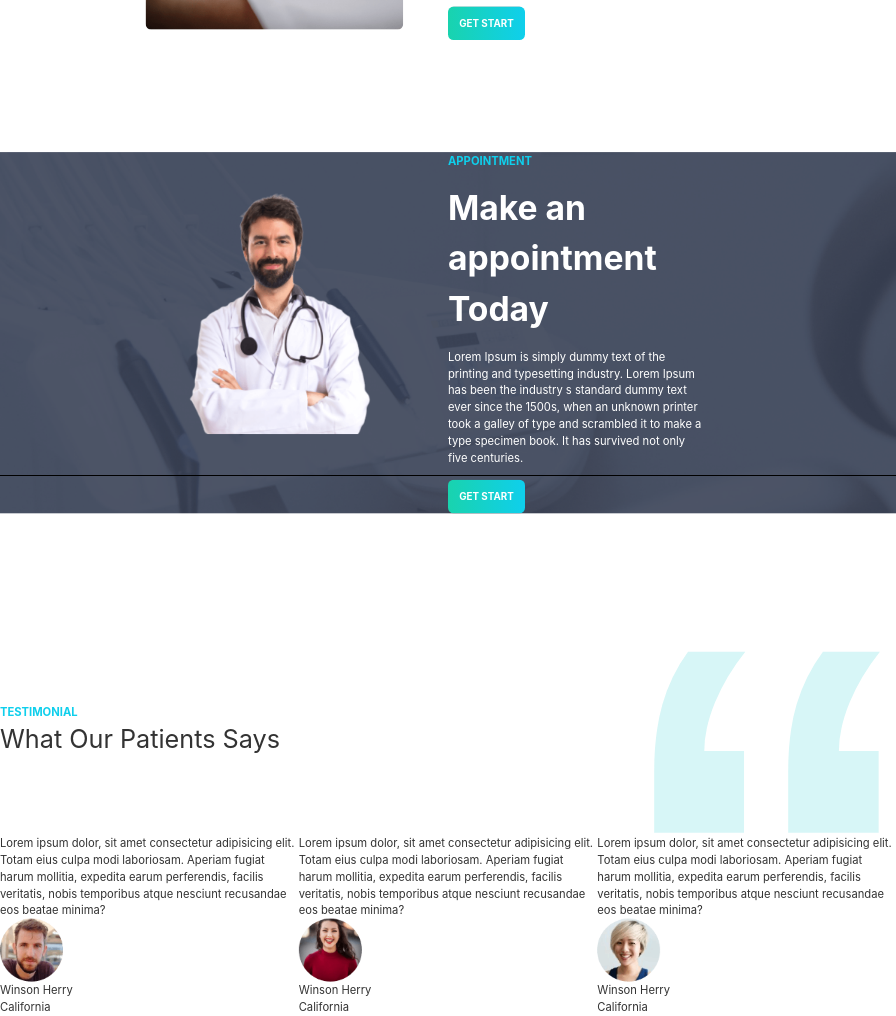
Repository: shikubro90/doctorsportal
Page: /
These files come from the project's save history. The page is drawn as it stood at one moment and after the next save; the edit follows.
The browser window is 1280 px wide. The pictures show the part of the page from y = 2225 to 4145 px (the page is 3676 px tall before and 4145 px after), at 70% of full size.
The project was rebuilt for these pictures with package versions that can differ from the ones it lists, and the page was loaded fresh each time. Also part of the build but not shown: src/App.css, src/Pages/About/About.jsx.

Above is the page before, as saved 2022-10-02 09:24:06.

### src/App.js
import { Route, Routes } from 'react-router-dom';
import './App.css';
import About from './Pages/About/About';
import Home from './Pages/Home/Home';
import Navbar from './Shared/Navbar';

function App() {
  return (
    <div className="App">
      <Navbar/>
      <Routes>
        <Route path='/' element={<Home/>}/>
        <Route path='/home' element={<Home/>}/>
        <Route path='/about' element={<About/>}/>
      </Routes>
    </div>
  );
}

export default App;

### src/Pages/Home/Home.jsx
import React from 'react'
import AppointmentSection from './AppointmentSection'
import Banner from './Banner'
import BasicInfo from './BasicInfo'
import ServiceSection from './ServiceSection'
import TestimonialSection from './TestimonialSection'

const Home = () => {
  return (
    <div>
      <Banner />
      <BasicInfo/>
      <ServiceSection/>
      <AppointmentSection/>
      <TestimonialSection/>
    </div>
  )
}

export default Home

### src/Shared/Navbar.jsx
import React from 'react'
import { Link } from 'react-router-dom'

const Navbar = () => {
  return (
    <div className="px-20">
      <div className="navbar bg-base-100">
        <div className="navbar-start">
          <div className="dropdown">
            <label tabIndex={0} className="btn btn-ghost lg:hidden">
              <svg
                xmlns="http://www.w3.org/2000/svg"
                className="h-5 w-5"
                fill="none"
                viewBox="0 0 24 24"
                stroke="currentColor"
              >
                <path
                  strokeLinecap="round"
                  strokeLinejoin="round"
                  strokeWidth="2"
                  d="M4 6h16M4 12h8m-8 6h16"
                />
              </svg>
            </label>
            <ul
              tabIndex={0}
              className="menu menu-compact dropdown-content mt-3 p-2 shadow bg-base-100 rounded-box w-52"
            >
              <li>
                <Link to="/home">Home</Link>
              </li>
              <li>
                <Link to="/about">About</Link>
              </li>
              <li>
                <Link to="/appointment">Appointment</Link>
              </li>
              <li>
                <Link to="/review">Reviews</Link>
              </li>
              <li>
                <Link to="/contact">Contact Us</Link>
              </li>
              <li>
                <Link to="/contact">Login</Link>
              </li>
            </ul>
          </div>
          <Link to="/" className='btn btn-ghost normal-case text-xl'>Doctors Portal</Link>
        </div>

        <div className="navbar-center hidden lg:flex">

          <ul className="menu menu-horizontal p-0 pl-20">
            <li>
              <Link to="/home">Home</Link>
            </li>
            <li>
              <Link to="/about">About</Link>
            </li>
            <li>
              <Link to="/appointment">Appointment</Link>
            </li>
            <li>
              <Link to="/review">Reviews</Link>
            </li>
            <li>
              <Link to="/contact">Contact Us</Link>
            </li>
            <li>
              <Link to="/contact">Login</Link>
            </li>
          </ul>

        </div>

      </div>

    </div>
  )
}

export default Navbar

### src/Pages/Home/AppointmentSection.jsx
import React from 'react'
import AppointmentCard from './AppointmentCard'

import { appointment } from '../../assets/resourse/Resourse.js'

const AppointmentSection = () => {
  return (
    <div>
      {appointment.map(
        ({ id, image, title, desc, style, button_text, shortTitle }) => {
          return (
            <AppointmentCard
              key={id}
              image={image}
              title={title}
              desc={desc}
              style={style}
              button_text={button_text}
              shortTitle={shortTitle}
            />
          )
        },
      )}
    </div>
  )
}

export default AppointmentSection

### src/Pages/Home/Banner.jsx
import React from 'react'
import heroImage from '../../assets/images/chair.png'
import ButtonPrimary from '../../Shared/ButtonPrimary'
import bg from '../../assets/images/bg.png'

function Banner() {
  return (
    <div>
      <div
        className="hero min-h-screen"
        style={{ background: `url(${bg})`, backgroundSize: 'cover' }}
      >
        <div className="hero-content flex flex-col lg:flex-row-reverse">
          <img
            src={heroImage}
            className="max-w-lg rounded-lg shadow-2xl"
            alt="bannerImage"
          />
          <div className="px-6">
            <h1 className="text-5xl font-bold uppercase">
              Your New Smile Starts Here
            </h1>
            <p className="py-6 ">
              Provident cupiditate voluptatem et in. Quaerat fugiat ut assumenda
              excepturi exercitationem quasi. In deleniti eaque aut repudiandae
              et a id nisi.
            </p>
            <ButtonPrimary>{'Get Started'}</ButtonPrimary>
          </div>
        </div>
      </div>
    </div>
  )
}

export default Banner

### src/Pages/Home/BasicInfo.jsx
import MiniCard from './MiniCard'
import { miniCard } from '../../assets/resourse/Resourse.js'

const BasicInfo = () => {
  return (
    <div className="flex items-center justify-center gap-5 px-5">
      {miniCard.map(({ id, icon, title, style, disc }) => {
        return (
          <MiniCard
            key={id}
            icon={icon}
            title={title}
            style={style}
            disc={disc}
          />
        )
      })}
    </div>
  )
}

export default BasicInfo

### src/Pages/Home/ServiceSection.jsx
import MiniServiceCard from './MiniServiceCard'
import { serviceMiniCard } from '../../assets/resourse/Resourse'

const ServiceSection = () => {
  return (
    <div className="serviceWrapp pt-40">
      <div className="flex items-center justify-center flex-col">
        <p className="text-primary font-bold uppercase">Our Service</p>
        <h2 className="text-3xl my-5">Service We Provide</h2>
      </div>
      <div className="flex items-center justify-center px-5 gap-5">
        {serviceMiniCard.map(({ id, icon, title, disc, style }) => {
          return (
            <MiniServiceCard
              key={id}
              icon={icon}
              title={title}
              disc={disc}
              style={style}
            />
          )
        })}
      </div>
    </div>
  )
}

export default ServiceSection

### src/Pages/Home/TestimonialSection.jsx
import React from 'react'
import TestimonialCard from './TestimonialCard'
import quote from '../../assets/icons/quote.svg'
import { testimonial } from '../../assets/resourse/Resourse.js'

const TestimonialSection = () => {
  return (
    <div className="testimonial w-">
      <div className="testimonialWrap">
        <div className="content">
          <div className="header flex items-center justify-between">
            <div className="header_left">
              <div className="shortTitle uppercase text-primary font-bold">
                Testimonial
              </div>
              <div className="text-[36px]">What Our Patients Says</div>
            </div>
            <div className="header_right">
              <img src={quote} alt="quote" />
            </div>
          </div>
          <div className="body flex">
            {testimonial.map(({ id, title, image, name, country, desc }) => {
              return (
                <TestimonialCard
                  key={id}
                  title={title}
                  image={image}
                  name={name}
                  country={country}
                  desc={desc}
                />
              )
            })}
          </div>
        </div>
      </div>
    </div>
  )
}

export default TestimonialSection

### src/Pages/Home/AppointmentCard.jsx
import ButtonPrimary from '../../Shared/ButtonPrimary'


const AppointmentCard = (props) => {

  const { image, title, desc, style, button_text, shortTitle } = props

  return (
    <section className={`my-[160px]`} style={{background: `url(${style})`}}>
      <div className={`wrapper flex items-center px-52 ${style}`}>
        <div className="image flex-1">
          <img className={`rounded-lg ${style && "mt-[-60px]"}`} src={image} alt="bannerImage" />
        </div>
        <div className="details flex-1 flex justify-center flex-col px-16 gap-5">
          <div className="shortTitle uppercase text-primary font-bold">{shortTitle}</div>
          <div className={`title font-bold text-[48px] ${style && "text-white"}`}>{title}</div>
          <div className={`desc ${style && "text-white"}`}>{desc}</div>
          <ButtonPrimary>{button_text}</ButtonPrimary>
        </div>
      </div>
    </section>
  )
}

export default AppointmentCard

### src/assets/resourse/Resourse.js
import clock from '../icons/clock.svg'
import marker from '../icons/marker.svg'
import phone from '../icons/phone.svg'

import cavity from '../images/cavity.png'
import fluorid from '../images/fluoride.png'
import whitening from '../images/whitening.png'

import doctor from '../images/doctor-small.png'
import treatment from '../images/treatment.png'

import bgImage from '../images/appointment.png'


import people1 from '../images/people1.png'
import people2 from '../images/people2.png'
import people3 from '../images/people3.png'

export const miniCard = [
  {
    id: 0,
    icon: clock,
    title: 'Opening Hours',
    disc: 'Lorem Ipsum is simply dummy text of the pri',
    style: 'bg-gradient-to-r from-secondary to-primary text-white',
  },

  {
    id: 1,
    icon: marker,
    title: 'Visit our location',
    disc: 'Lorem Ipsum is simply dummy text of the pri',
    style: 'bg-[#3A4256] text-white',
  },

  {
    id: 2,
    icon: phone,
    title: 'Contact us now',
    disc: 'Lorem Ipsum is simply dummy text of the pri',
    style: 'bg-gradient-to-r from-secondary to-primary text-white',
  },
]

export const serviceMiniCard = [
  {
    id: 0,
    icon: cavity,
    title: 'Fluoride Treatment',
    disc:
      'Lorem Ipsum is simply dummy printing and typesetting indust Ipsum has been the',
    style: '',
  },
  {
    id: 1,
    icon: fluorid,
    title: 'Cavity Filling',
    disc:
      'Lorem Ipsum is simply dummy printing and typesetting indust Ipsum has been the',
    style: '',
  },
  {
    id: 2,
    icon: whitening,
    title: 'Teeth Whitening',
    disc:
      'Lorem Ipsum is simply dummy printing and typesetting indust Ipsum has been the',
    style: '',
  },
]

export const appointment = [
  {
    id: 0,
    image: treatment,
    title: 'Exceptional Dental Care, on Your Terms',
    desc:
      'Lorem Ipsum is simply dummy text of the printing and typesetting industry. Lorem Ipsum has been the industry s standard dummy text ever since the 1500s, when an unknown printer took a galley of type and scrambled it to make a type specimen book. It has survived not only five centuries.',
    button_text: 'Get Start',
    style: '',
  },
  {
    id: 1,
    image: doctor,
    shortTitle: 'Appointment',
    title: 'Make an appointment Today',
    desc:
      'Lorem Ipsum is simply dummy text of the printing and typesetting industry. Lorem Ipsum has been the industry s standard dummy text ever since the 1500s, when an unknown printer took a galley of type and scrambled it to make a type specimen book. It has survived not only five centuries.',
    button_text: 'Get Start',
    style: bgImage,
  },
]

export const testimonial = [
    {
        id : 0,
        desc : "Lorem ipsum dolor, sit amet consectetur adipisicing elit. Totam eius culpa modi laboriosam. Aperiam fugiat harum mollitia, expedita earum perferendis, facilis veritatis, nobis temporibus atque nesciunt recusandae eos beatae minima?",
        image : people1,
        name : "Winson Herry",
        country : "California"
    },
    {
        id : 1,
        desc : "Lorem ipsum dolor, sit amet consectetur adipisicing elit. Totam eius culpa modi laboriosam. Aperiam fugiat harum mollitia, expedita earum perferendis, facilis veritatis, nobis temporibus atque nesciunt recusandae eos beatae minima?",
        image : people2,
        name : "Winson Herry",
        country : "California"
    },
    {
        id : 2,
        desc : "Lorem ipsum dolor, sit amet consectetur adipisicing elit. Totam eius culpa modi laboriosam. Aperiam fugiat harum mollitia, expedita earum perferendis, facilis veritatis, nobis temporibus atque nesciunt recusandae eos beatae minima?",
        image : people3,
        name : "Winson Herry",
        country : "California"
    },
]

### src/Shared/ButtonPrimary.jsx
function ButtonPrimary({ children }) {

  return (
    <div>
      <button className={`btn bg-gradient-to-r from-secondary to-primary border-none font-bold text-white`}>
        {children}
      </button>
    </div>
  )
}

export default ButtonPrimary

### src/Pages/Home/MiniCard.jsx
const MiniCard = (props) => {
  const { icon, title, style, disc } = props
  return (
    <div
      className={`card card-side bg-base-100 shadow-xl flex items-center justify-center px-4 ${style}`}
    >
      <div className="">
        <img src={icon} alt="icon" />
      </div>
      <div className="card-body">
        <h2 className="card-title">{title}</h2>
        <p>{disc}</p>
      </div>
    </div>
  )
}

export default MiniCard

### src/Pages/Home/MiniServiceCard.jsx
const MiniServiceCard = (props) => {
  const { icon, title, disc } = props
  return (
    <div className="cardWrapper flex flex-col items-center justify-center p-6 py-20  gap-5 shadow-lg rounded-lg">
      <div className="icon">
        <img src={icon} alt="" />
      </div>
      <div className="title">{title}</div>
      <div className="desc text-center px-16">{disc}</div>
    </div>
  )
}

export default MiniServiceCard

### src/Pages/Home/TestimonialCard.jsx
import React from 'react'

const TestimonialCard = (props) => {
    const {desc,image, name, country} = props
  return (
    <div className='mainCard'>
        <div className="CardBody flex flex-col">
            <div className="desc">
                <p>{desc}</p>
            </div>
            <div className="bio">
                <img src={image} alt="" />
                <div className="info">
                    <h4>{name}</h4>
                    <p>{country}</p>
                </div>
            </div>
        </div>
    </div>
  )
}

export default TestimonialCard

### tailwind.config.js
/** @type {import('tailwindcss').Config} */

module.exports = {
  content: ['./src/**/*.{js,jsx,ts,tsx}'],
  theme: {},
  daisyui: {
    themes: [
      {
        doctorstheme: {
          primary: '#0FCFEC',
          secondary: '#19D3AE',
          accent: '#3A4256',
          neutral: '#3d4451',
          'base-100': '#ffffff',
        },
      },
      'light',
      'cupcake',
    ],
  },
  plugins: [require('daisyui')],
}

Loaded but not shown: public/index.html (common file); src/index.js (common file); src/index.css (common file); src/reportWebVitals.js (common file)

After the next save:
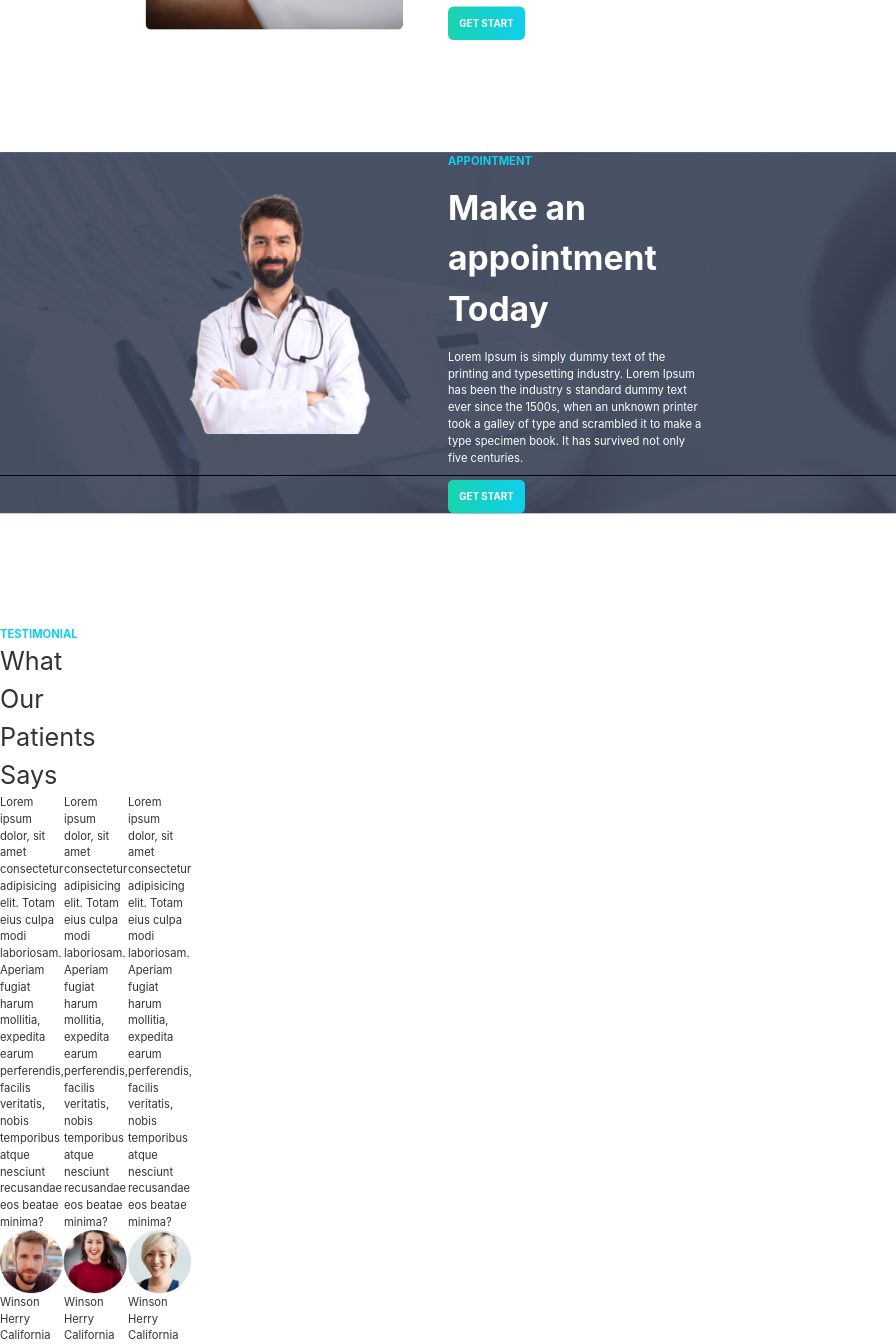
Saved 19 s later.
--- a/src/Pages/Home/TestimonialSection.jsx
+++ b/src/Pages/Home/TestimonialSection.jsx
@@ -5,7 +5,7 @@
 
 const TestimonialSection = () => {
   return (
-    <div className="testimonial w-">
+    <div className="testimonial w-24">
       <div className="testimonialWrap">
         <div className="content">
           <div className="header flex items-center justify-between">

After the save that followed:
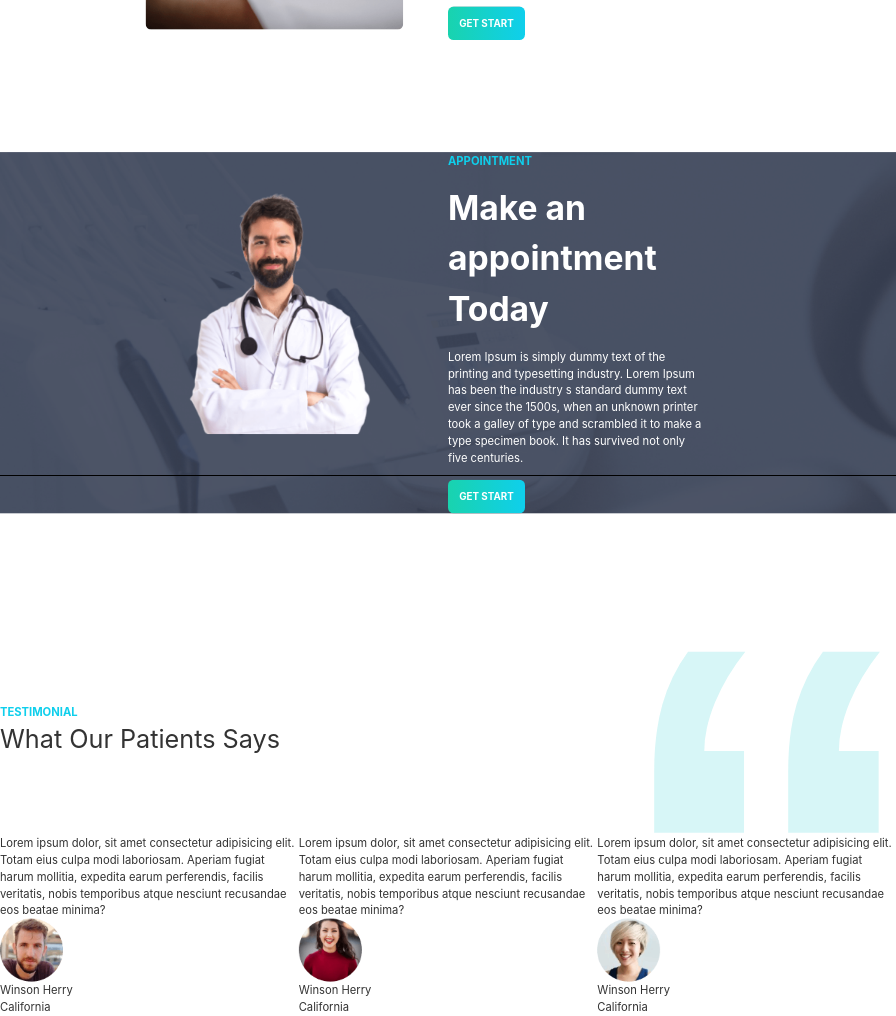
Saved 8 min 59 s later.
--- a/src/Pages/Home/TestimonialSection.jsx
+++ b/src/Pages/Home/TestimonialSection.jsx
@@ -5,7 +5,7 @@
 
 const TestimonialSection = () => {
   return (
-    <div className="testimonial w-24">
+    <div className="testimonial w-[]">
       <div className="testimonialWrap">
         <div className="content">
           <div className="header flex items-center justify-between">
